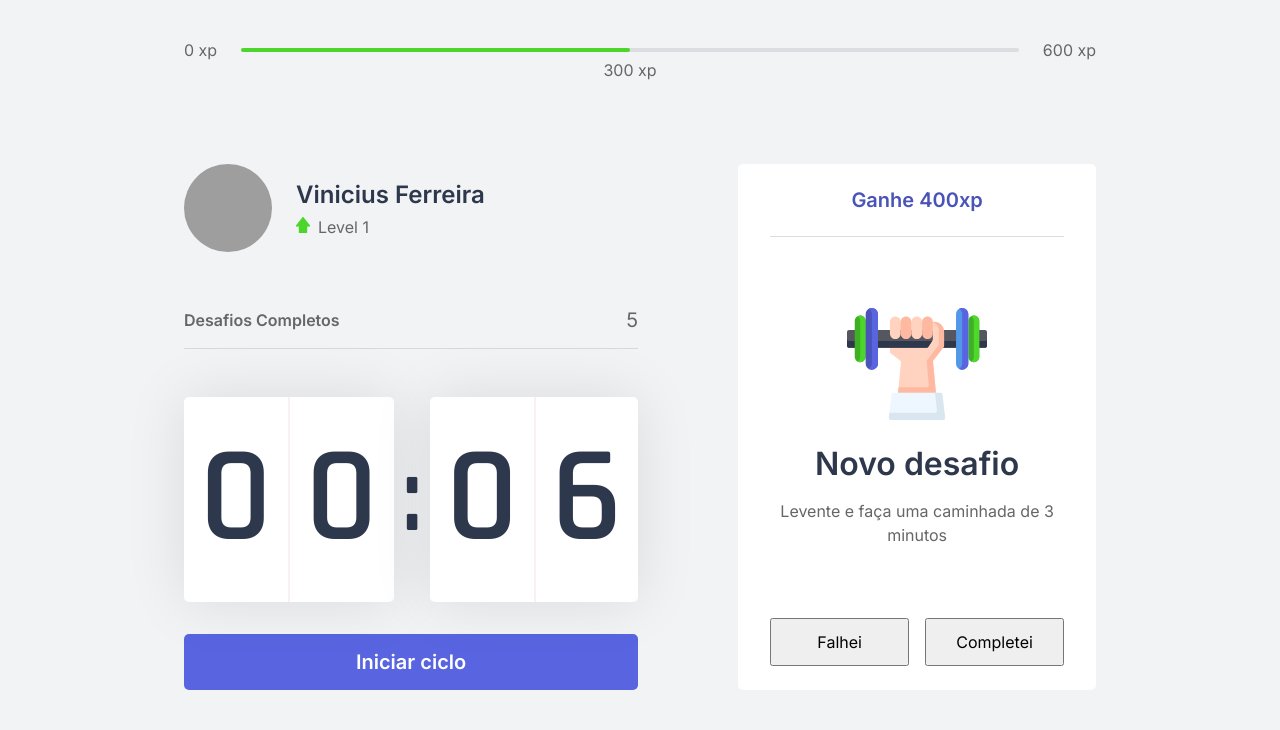
Repository: viniciusfg05/nlwFocus
Page: /
The author's editor kept a copy of each file at every save. The page is drawn from the files as they stood at one save, then again after the next save.
The browser window is 1280 px wide. The pictures show the whole page.
Pictures or frames that could not be fetched are drawn as grey boxes. The project was rebuilt for these pictures with package versions that can differ from the ones it lists, and the page was loaded fresh each time. The framework's server and built-in components were replaced by stand-ins that run in the browser.

Above is the page before, as saved 2022-02-28 14:04:52.

After the next save:
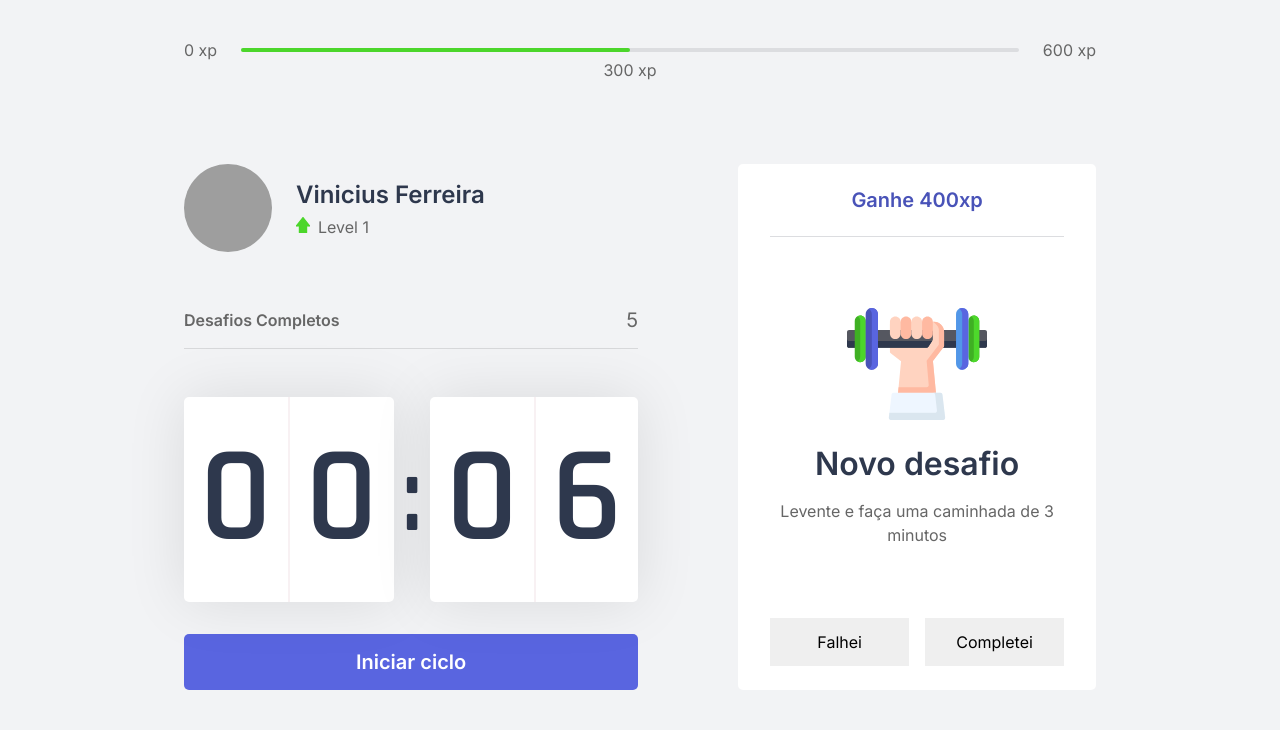
Saved 12 s later.
--- a/src/styles/components/ChallegesBox.module.css
+++ b/src/styles/components/ChallegesBox.module.css
@@ -79,4 +79,6 @@
   height: 3rem;
   align-items: center;
   justify-content: center;
+
+  border: 0;
 }
